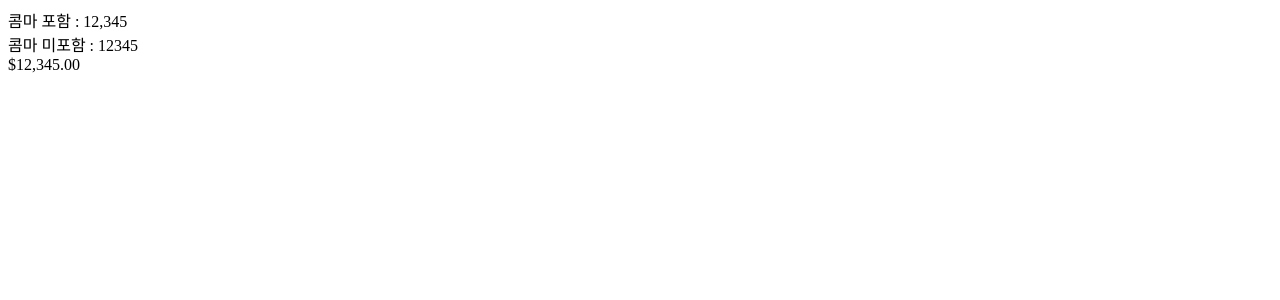
Repository: hyojinx/JspStudy
Page: http://localhost/jspstudy/11JSTL/Formatting.jsp
The author's editor kept a copy of each file at every save. The page is drawn from the files as they stood at one save, then again after the next save.
The browser window is 1280 px wide. The pictures show the whole page.
The page is served by Tomcat 9. Other server files are loaded and not shown.

Above is the page before, as saved 2023-04-10 06:44:33.

### jspstudy/src/main/webapp/11JSTL/Formatting.jsp
<%@ page language="java" contentType="text/html; charset=UTF-8"
    pageEncoding="UTF-8"%>
<%@ taglib prefix="c" uri = "http://java.sun.com/jsp/jstl/core"%>
<%@ taglib prefix="fmt" uri="http://java.sun.com/jsp/jstl/fmt" %>
<!DOCTYPE html>
<html>
<head>
<meta charset="UTF-8">
<title>JSTL formatting</title>
</head>
<body>
	<c:set var="number1" value="12345"/>
	콤마 포함 : <fmt:formatNumber value="${number1}"/><br>
	콤마 미포함 : <fmt:formatNumber value="${number1}" groupingUsed="false" /><br>
	<fmt:formatNumber value="${number1}" type="currency" currencySymbol="$"/>
</body>
</html>

After the next save:
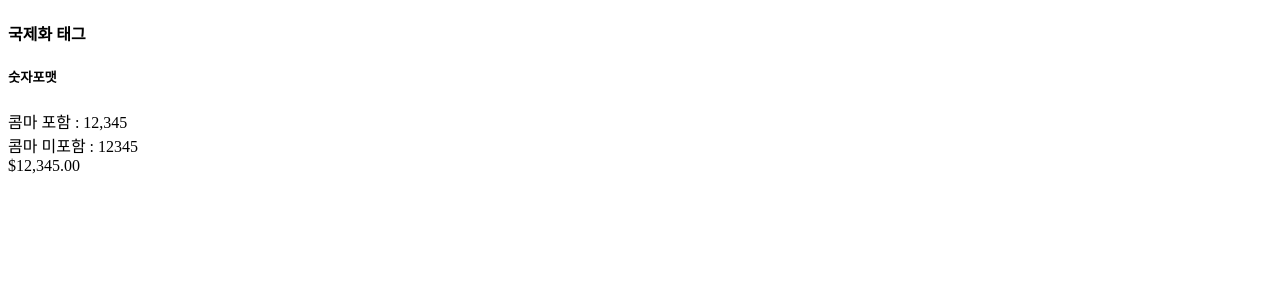
Saved 29 s later.
--- a/jspstudy/src/main/webapp/11JSTL/Formatting.jsp
+++ b/jspstudy/src/main/webapp/11JSTL/Formatting.jsp
@@ -9,6 +9,8 @@
 <title>JSTL formatting</title>
 </head>
 <body>
+	<h4>국제화 태그</h4>
+	<h5>숫자포맷</h5>
 	<c:set var="number1" value="12345"/>
 	콤마 포함 : <fmt:formatNumber value="${number1}"/><br>
 	콤마 미포함 : <fmt:formatNumber value="${number1}" groupingUsed="false" /><br>
